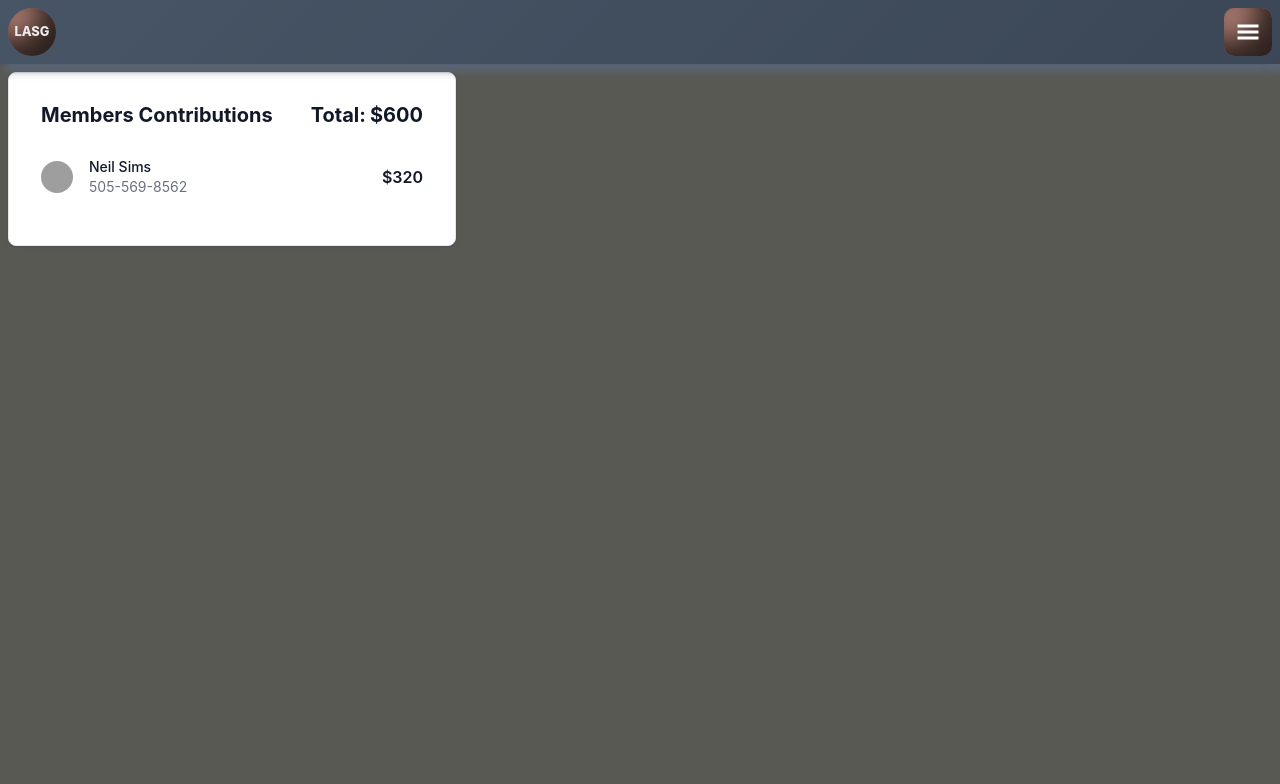
Repository: ShindanoSingi/LA-Swahili-Group
Page: / (app in client/)
These files come from the project's save history. The page is drawn as it stood at one moment and after the next save; the edit follows.
The browser window is 1280 px wide. The pictures show the whole page.
Pictures or frames that could not be fetched are drawn as grey boxes. The project was rebuilt for these pictures with package versions that can differ from the ones it lists, and the page was loaded fresh each time. Also part of the build but not shown: client/src/pages/error/Error.css, client/src/pages/error/Error.js, client/src/pages/about/About.js, client/src/pages/contact/Contact.js, client/src/pages/login/Login.js, client/src/pages/userDashBoard/UserDashBoard.js.

Above is the page before, as saved 2024-02-09 12:38:34.

After the next save:
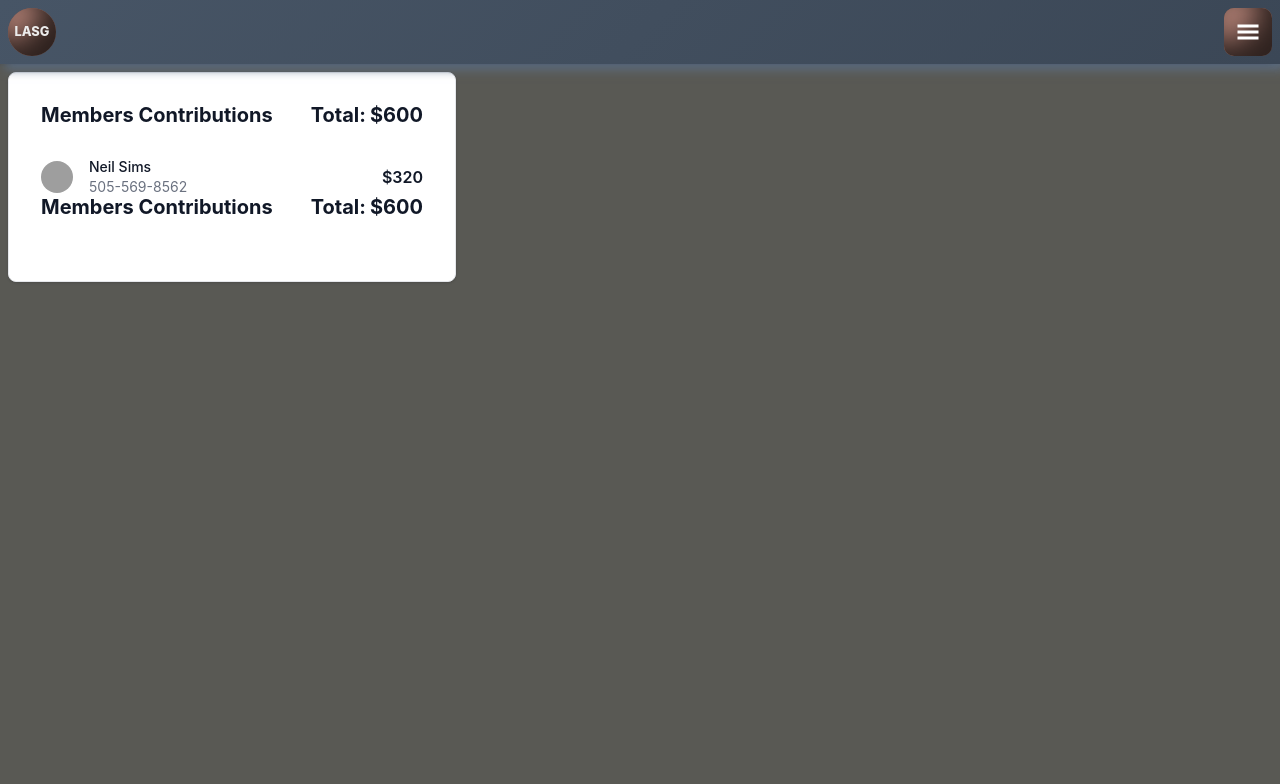
Saved 91 s later.
--- a/client/src/pages/superUsersDashBoard/SuperUsersDashBoard.js
+++ b/client/src/pages/superUsersDashBoard/SuperUsersDashBoard.js
@@ -42,6 +42,19 @@ function SuperUsersDashBoard() {
                                    $320
                              </div>
                        </div>
+                       <div className="flex items-center justify-between mb-4">
+                              <h5 className="text-xl font-bold leading-none text-gray-900 dark:text-white">
+                                    Members Contributions
+                              </h5>
+                              <div className="flex gap-1">
+                                    <h2 className="text-xl font-bold leading-none text-gray-900 dark:text-white">
+                                          Total:
+                                    </h2>
+                                    <h2 className="text-xl font-bold leading-none text-gray-900 dark:text-white">
+                                          $600
+                                    </h2>
+                              </div>
+                        </div>
                  </li>
            </ul>
      </div>
